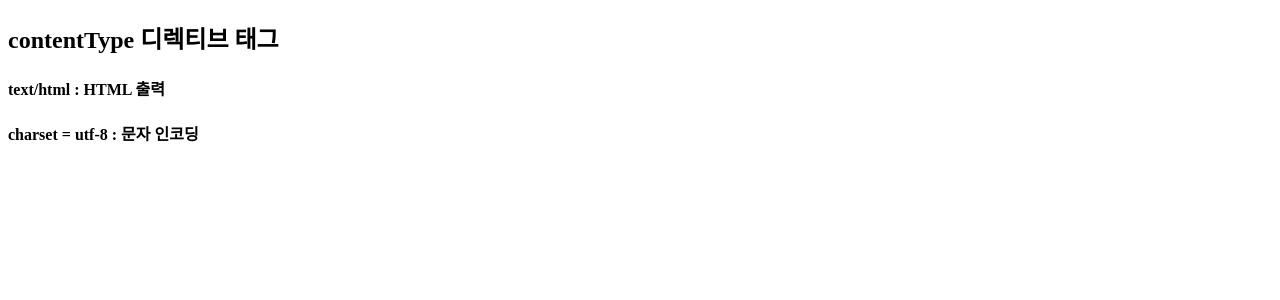
Repository: ezooo/JSP
Page: http://localhost/jspbook/3_2
An editor plug-in stored every save of this project. The page is shown before and after the next save, followed by the edit.
The browser window is 1280 px wide. The pictures show the whole page.
The page is served by Tomcat 10.

Above is the page before, as saved 2024-10-08 04:03:05.

After the next save:
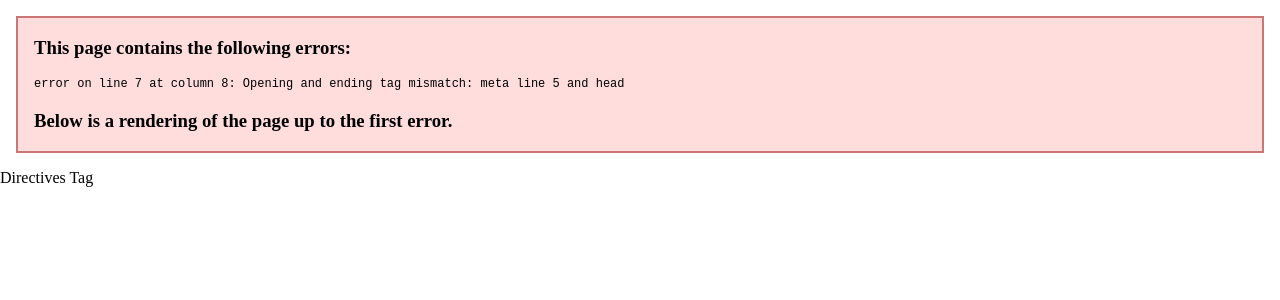
Saved 10 s later.
--- a/jspbook/src/main/webapp/chapter03/declar02.jsp
+++ b/jspbook/src/main/webapp/chapter03/declar02.jsp
@@ -1,4 +1,4 @@
-<%@ page contentType="text/html; charset=utf-8"
+<%@ page contentType="text/xml; charset=utf-8"
     %>
 <!DOCTYPE html>
 <html>
